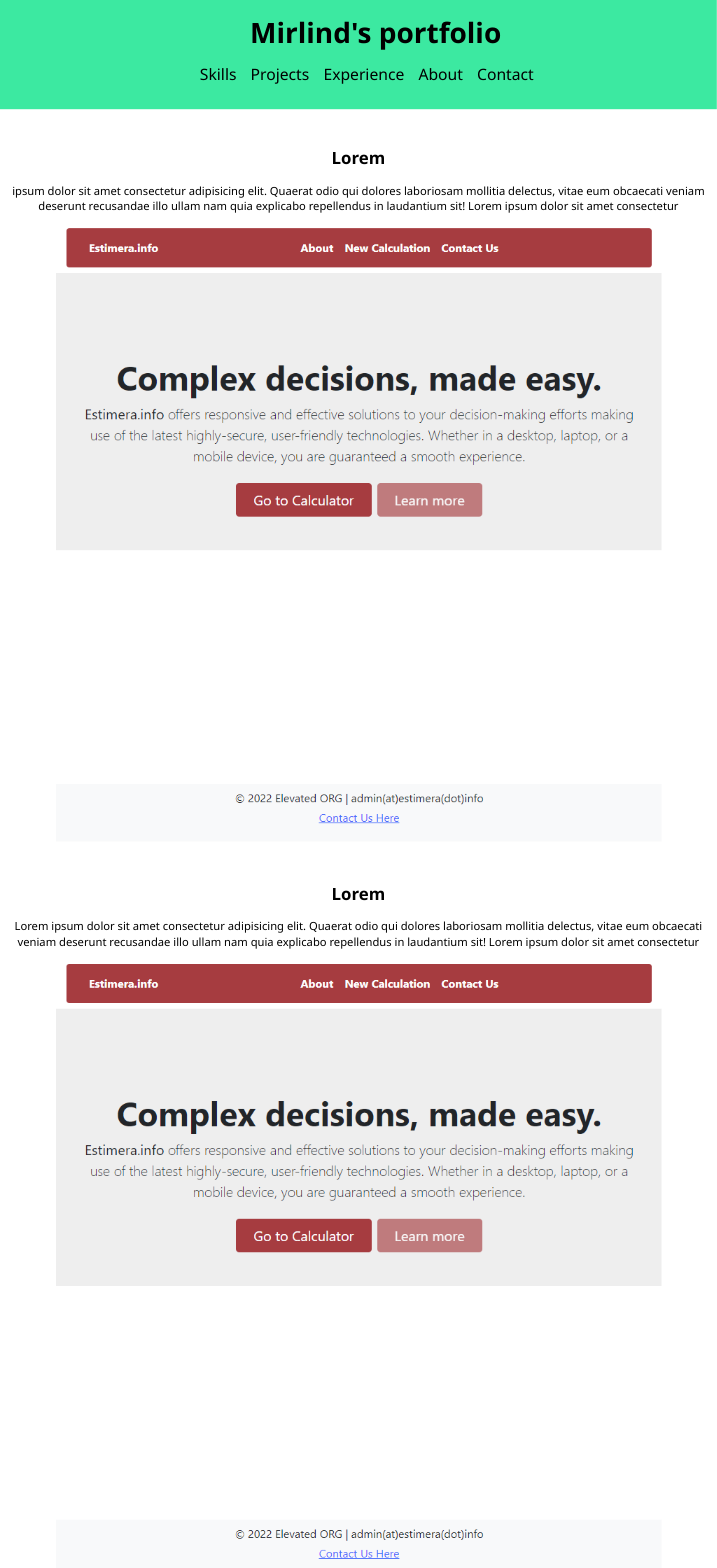
Repository: mirkbirki/mirkbirki.github.io
Page: index.html
An editor plug-in stored every save of this project. The page is shown before and after the next save, followed by the edit.
The browser window is 1024 px wide. The pictures show the part of the page from y = 0 to 2240 px (the page is 3455 px tall before and 3522 px after), at 70% of full size.

Above is the page before, as saved 2022-11-15 11:31:22.

After the next save:
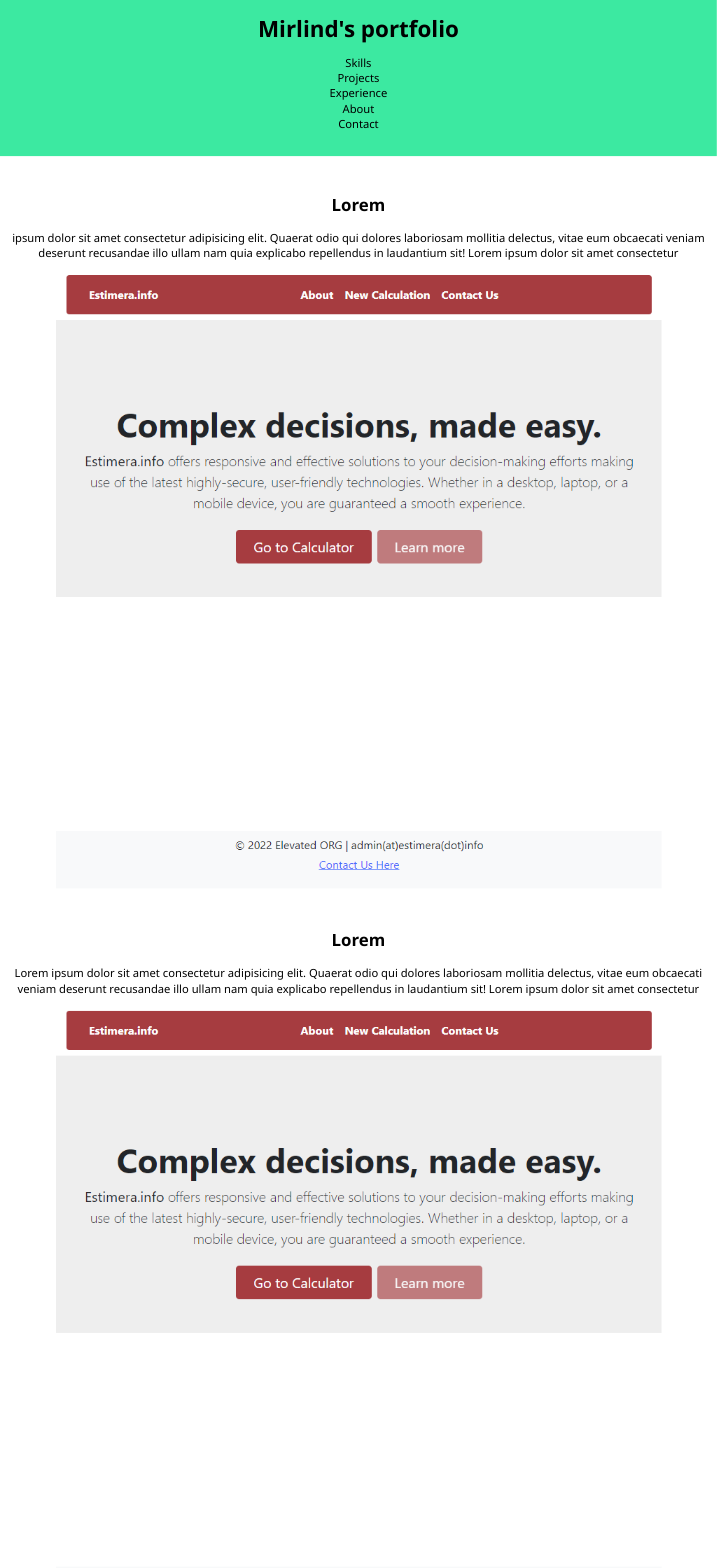
Saved 11 min 20 s later.
--- a/styles.css
+++ b/styles.css
@@ -125,21 +125,26 @@ img {
   }
 
   .brand h1 {
-    margin-left: 5%;
-    font-size: 2.5rem;
+    margin: 0 auto;
+    font-size: 2rem;
   }
 
   .nav_bar {
     margin: 0 auto;
+    text-align: center;
   }
 
   .nav_bar ul {
     list-style-type: none;
+    margin: 1rem auto;
+    text-align: center;
+    padding-left: 0;
   }
 
   .nav_bar li {
-    margin-right: 1rem;
-    font-size: 1.4em;
+    text-align: center;
+    font-size: 1rem;
+    width: 100%;
   }
 
   .grid-item-2 {
